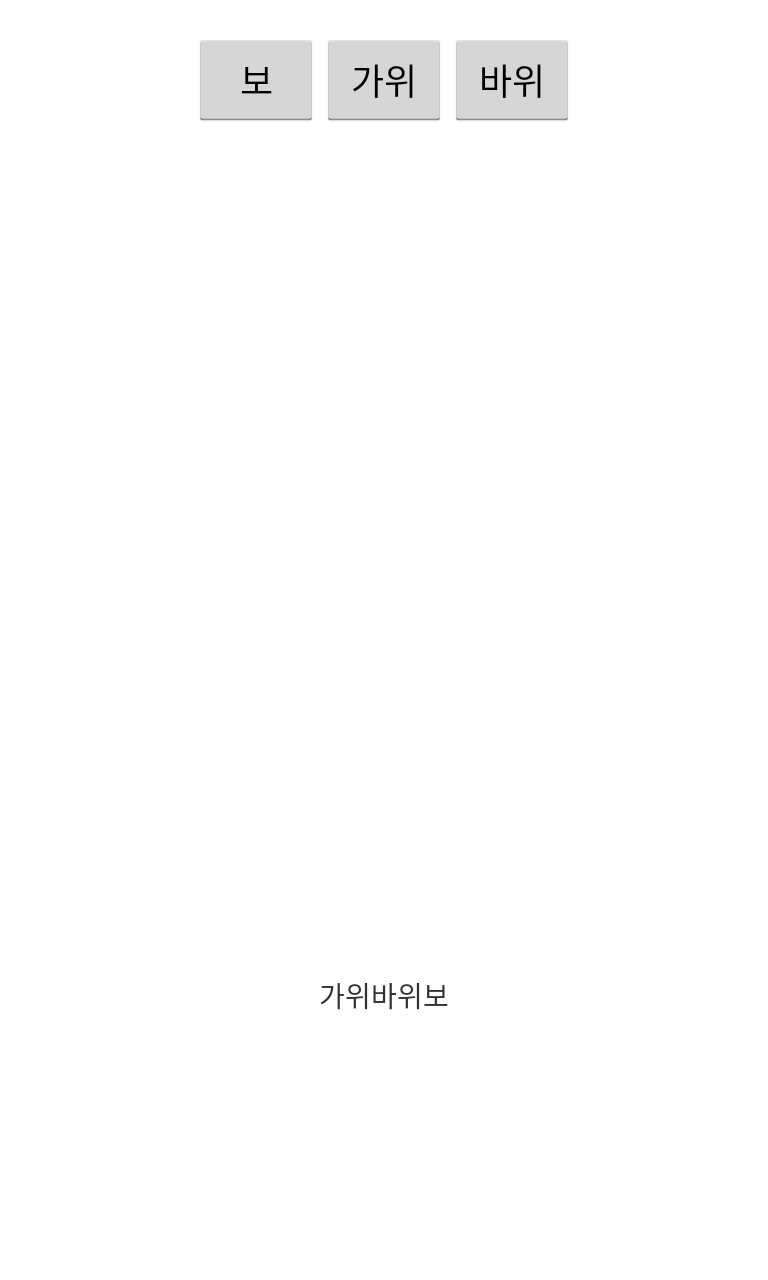
Repository: gbkim/ProjectA
Layout: ProjectA/res/layout/main.xml
An editor plug-in stored every save of this project. The layout is shown before and after the next save, followed by the edit.
It is drawn on a 768 x 1280 px phone screen (xhdpi) without system bars, with theme AppTheme; the app's code is not run.

Above is the layout before, as saved 2013-04-08 09:52:53.

### ProjectA/res/layout/main.xml
<RelativeLayout xmlns:android="http://schemas.android.com/apk/res/android"
    xmlns:tools="http://schemas.android.com/tools"
    android:layout_width="match_parent"
    android:layout_height="match_parent"
    android:paddingBottom="@dimen/activity_vertical_margin"
    android:paddingLeft="@dimen/activity_horizontal_margin"
    android:paddingRight="@dimen/activity_horizontal_margin"
    android:paddingTop="@dimen/activity_vertical_margin"
    tools:context=".ProjectAActivity" >

    <LinearLayout
        android:id="@+id/linearLayout1"
        android:layout_width="wrap_content"
        android:layout_height="wrap_content"
        android:layout_alignParentLeft="true"
        android:layout_alignParentTop="true"
        android:orientation="vertical" >
    </LinearLayout>

    <LinearLayout
        android:id="@+id/linearLayout2"
        android:layout_width="wrap_content"
        android:layout_height="wrap_content"
        android:layout_alignParentBottom="true"
        android:layout_alignParentRight="true"
        android:layout_marginLeft="132dp"
        android:layout_toRightOf="@+id/linearLayout1" >
    </LinearLayout>

    <Button
        android:id="@+id/button2"
        android:layout_width="wrap_content"
        android:layout_height="wrap_content"
        android:layout_alignBaseline="@+id/button1"
        android:layout_alignBottom="@+id/button1"
        android:layout_centerHorizontal="true"
        android:text="가위" />

    <Button
        android:id="@+id/button3"
        android:layout_width="wrap_content"
        android:layout_height="wrap_content"
        android:layout_alignBaseline="@+id/button2"
        android:layout_alignBottom="@+id/button2"
        android:layout_toRightOf="@+id/button2"
        android:text="바위" />

    <Button
        android:id="@+id/button1"
        android:layout_width="wrap_content"
        android:layout_height="wrap_content"
        android:layout_alignTop="@+id/linearLayout1"
        android:layout_toLeftOf="@+id/button2"
        android:text="보" />

    <TextView
        android:id="@+id/textView1"
        android:layout_width="wrap_content"
        android:layout_height="wrap_content"
        android:layout_above="@+id/linearLayout2"
        android:layout_centerHorizontal="true"
        android:layout_marginBottom="116dp"
        android:text="@string/text_view_string1" />

</RelativeLayout>

### ProjectA/res/values/strings.xml
<?xml version="1.0" encoding="utf-8"?>
<resources>

    <string name="app_name">ProjectA</string>
    <string name="action_settings">Settings</string>
    <string name="text_view_string1">가위바위보</string>

</resources>

Loaded but not shown: ProjectA/res/values/styles.xml (common file); ProjectA/res/values-v11/styles.xml (common file); ProjectA/res/values-v14/styles.xml (common file); ProjectA/res/values/dimens.xml (common file)

After the next save:
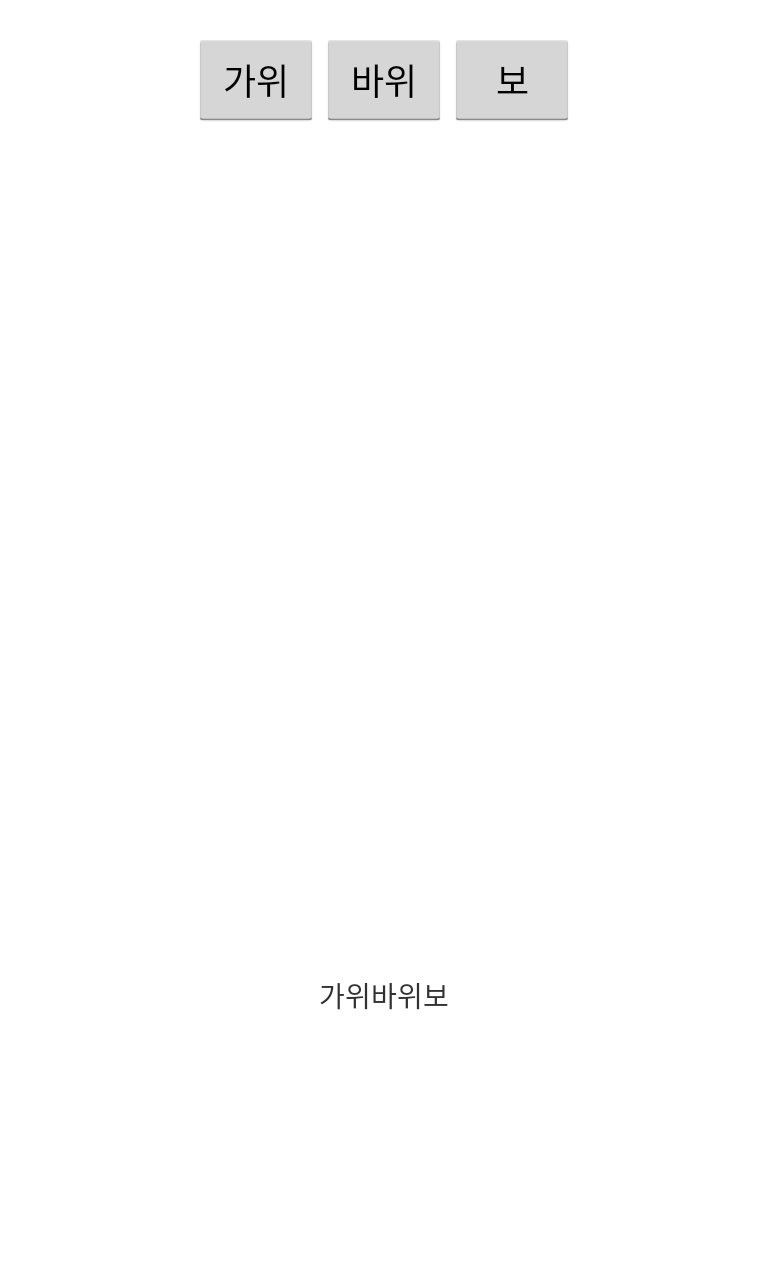
Saved 39 s later.
--- a/ProjectA/res/layout/main.xml
+++ b/ProjectA/res/layout/main.xml
@@ -34,7 +34,7 @@
         android:layout_alignBaseline="@+id/button1"
         android:layout_alignBottom="@+id/button1"
         android:layout_centerHorizontal="true"
-        android:text="가위" />
+        android:text="바위" />
 
     <Button
         android:id="@+id/button3"
@@ -43,7 +43,7 @@
         android:layout_alignBaseline="@+id/button2"
         android:layout_alignBottom="@+id/button2"
         android:layout_toRightOf="@+id/button2"
-        android:text="바위" />
+        android:text="보" />
 
     <Button
         android:id="@+id/button1"
@@ -51,7 +51,7 @@
         android:layout_height="wrap_content"
         android:layout_alignTop="@+id/linearLayout1"
         android:layout_toLeftOf="@+id/button2"
-        android:text="보" />
+        android:text="가위" />
 
     <TextView
         android:id="@+id/textView1"
